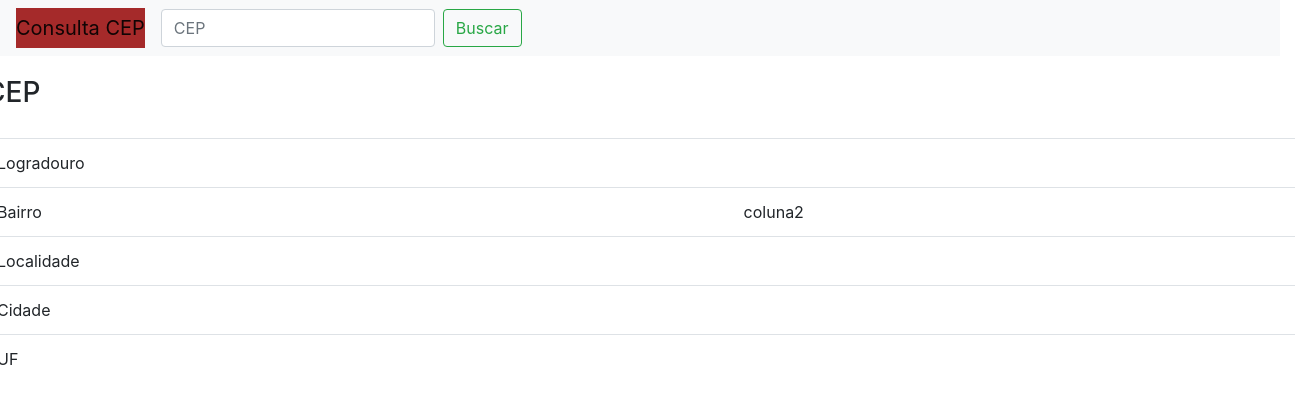
Repository: DaniloBaracho/jquery
Page: index.html
An editor plug-in stored every save of this project. The page is shown before and after the next save, followed by the edit.
The browser window is 1280 px wide. The page is 1295 px wide, so the pictures cover 1295 px, including what lies to the right of the window. The pictures show the whole page.

Above is the page before, as saved 2020-06-19 18:40:25.

After the next save:
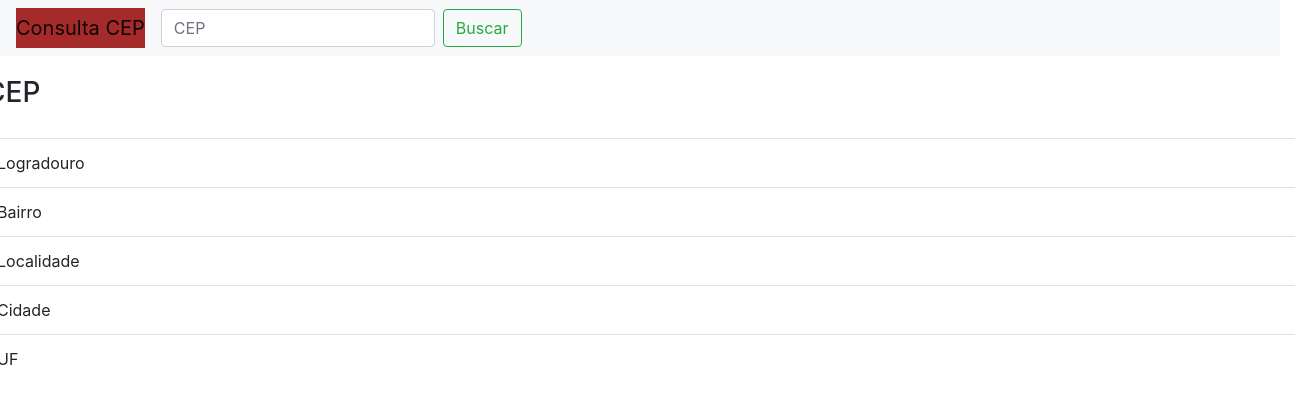
Saved 103 s later.
--- a/index.html
+++ b/index.html
@@ -44,15 +44,15 @@
                             <td>
                                 Bairro
                             </td>
-                            <td>
-                                coluna2
+                            <td id="bairro">
+
                             </td>
                         </tr>
                         <tr>
                             <td>
                                 Localidade
                             </td>
-                            <td>
+                            <td id="localidade">
 
                             </td>
                         </tr>
@@ -60,13 +60,13 @@
                             <td>
                                 Cidade
                             </td>
-                            <td>
+                            <td id="cidade">
 
                             </td>
                         </tr>
                         <tr>
                             <td>UF</td>
-                            <td></td>
+                            <td id="uf"></td>
                         </tr>
 
                     </tbody>
--- a/js/main.js
+++ b/js/main.js
@@ -25,7 +25,8 @@ function ConsultaCep2(){
             $("#logradouro").html(response.logradouro);
             $("#cidade").html(response.cidade);
             $("#uf").html(response.uf);
-            $("#logradouro").html(response.logradouro);
+            $("#localidade").html(response.localidade);
+            $("#bairro").html(response.bairro);
             //alert(response.logradouro);
 
             //document.getElementById("logradouro").innerHTML = response.logradouro;
